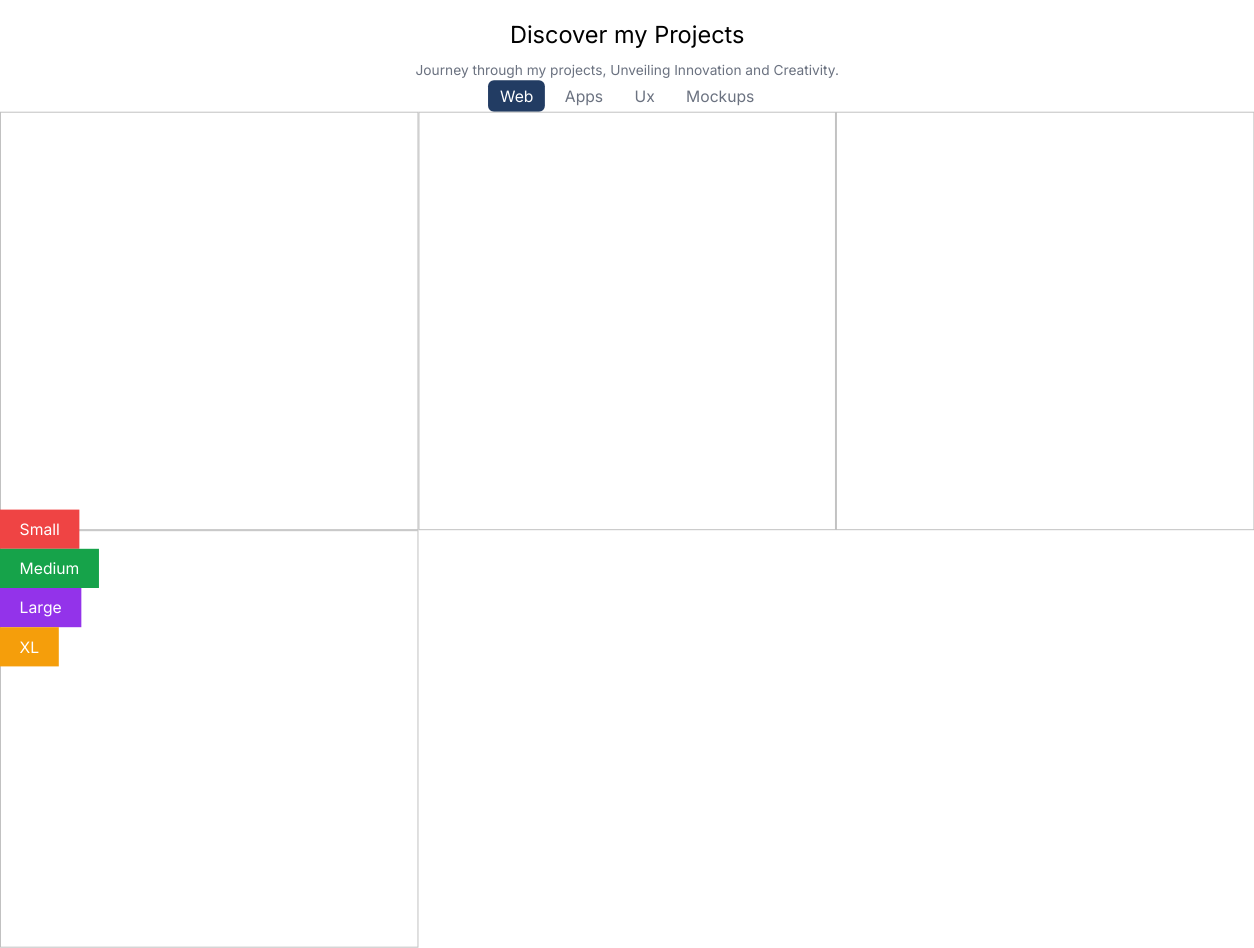
Repository: SpicierEwe/my_portfolio_v2
Page: /
The author's editor kept a copy of each file at every save. The page is drawn from the files as they stood at one save, then again after the next save.
The browser window is 1280 px wide. The pictures show the whole page, at 98% of full size.
The project was rebuilt for these pictures with package versions that can differ from the ones it lists, and the page was loaded fresh each time. The framework's server and built-in components were replaced by stand-ins that run in the browser. Also part of the build but not shown: next.config.js, core/utils/customIcons.js, core/utils/utils.tsx, core/db/sub_db_data/ux_db.js.

Above is the page before, as saved 2024-04-22 10:54:00.

### app/page.tsx
import DevicePreview from "@/Components/Device_preview/device_preview";
import HeroSection from "@/Components/Hero_section/hero_section";
import WorkSection from "@/Components/Work_section/work_section";
import Image from "next/image";

export default function Home() {
  return (
    <main>
      <div className="absolute z-30 overflow-hidden bottom-0">
        <DevicePreview />
      </div>
      {/* <div className="overflow-hidden">
        <HeroSection />
      </div> */}

      <WorkSection />
    </main>
  );
}

### app/globals.css
@layer base {

  @font-face {
    font-family: 'Garamond';
    src: url('../public/fonts/EBGaramond-VariableFont_wght.ttf');

  }

  @font-face {
    font-family: 'Proxima Nova';
    src: url('../public/fonts/MarkSimonsonProximaNovaRegular.otf');
    font-weight: normal;
    font-style: normal;
  }


  @font-face {
    font-family: "Rage";
    src: url("../public/fonts/rage.ttf");
  }
}

@tailwind base;
@tailwind components;
@tailwind utilities;

:root {
  --foreground-rgb: 0, 0, 0;
  --background-start-rgb: 214, 219, 220;
  --background-end-rgb: 255, 255, 255;

}

@media (prefers-color-scheme: dark) {
  :root {
    --foreground-rgb: 255, 255, 255;
    --background-start-rgb: 0, 0, 0;
    --background-end-rgb: 0, 0, 0;
  }
}

body {

  /* background: #F5F5F5; */
}

### Components/Device_preview/device_preview.tsx
"use client";

import { use, useEffect, useState } from "react";

export default function DevicePreview() {
  return (
    <main className="flex flex-col justify-end ">
      {/* xs */}
      <div className=" text-right ">
        <p className="xs:bg-brand-color w-min text-white px-5 py-2">XS</p>
      </div>
      {/* sm */}
      <div className=" text-right ">
        <p className="sm:bg-red-500 w-min text-white px-5 py-2">Small</p>
      </div>
      {/* md */}
      <div className=" text-right ">
        <p className="md:bg-green-600 w-min px-5 py-2 text-white">Medium</p>
      </div>
      {/* lg */}
      <div className=" text-right ">
        <p className="lg:bg-purple-600 w-min px-5 py-2 text-white">Large</p>
      </div>
      {/* xl */}
      <div className=" text-right ">
        <p className="xl:bg-amber-500 w-min px-5 py-2 text-white">XL</p>
      </div>
      {/* 2xl */}
      <div className=" text-right ">
        <p className="2xl:bg-cyan-600 w-min px-5 py-2 text-white">2XL</p>
      </div>
    </main>
  );
}

### Components/Work_section/work_section.tsx
"use client";

import { db } from "../../core/db/db";
import Image from "next/image";
import Link from "next/link";
import { useState } from "react";

export default function WorkSection() {
  const navItems: string[] = Object.keys(db.portfolioItems);
  const [selectedNavItemIndex, setSelectedNavItemIndex] = useState<number>(0);
  return (
    <section className="">
      {/* header */}
      <header className="flex flex-col items-center pt-5">
        <h2 className="text-center text-2xl">Discover my Projects</h2>
        <p className="text-center text-sm mt-2.5 text-gray-500">
          Journey through my projects, Unveiling Innovation and Creativity.
        </p>
      </header>
      {/* nav */}
      <nav>
        <ul className="flex justify-center mt-6 gap-2 flex-wrap">
          {navItems.map((item, index) => {
            const isSelected: Boolean = selectedNavItemIndex == index;
            return (
              <li
                className={`${
                  isSelected ? "bg-brand-color" : ""
                } px-3 py-1 rounded-md cursor-pointer`}
                onClick={() => setSelectedNavItemIndex(index)}
                key={index}
              >
                <Link
                  href="#"
                  className={`${
                    isSelected ? "text-white" : "text-gray-500"
                  } capitalize`}
                >
                  {item}
                </Link>
              </li>
            );
          })}
        </ul>
      </nav>

      <main>
        {/* projects */}
        <div className="grid grid-cols-1 md:grid-cols-2 lg:grid-cols-3 gap-4 mt-6">
          {(db.portfolioItems as any)[navItems[selectedNavItemIndex]].map(
            (item: any, index: number) => {
              const projectName: string = item["ProjectName"];
              const imageLink: string = item["imageLink"];
              return (
                <div key={index}>
                  {
                    <Image
                      href={imageLink}
                      alt={projectName}
                      height={200}
                      width={200}
                      layout="responsive"
                    ></Image>
                  }
                </div>
              );
            }
          )}
        </div>
      </main>
    </section>
  );
}

### core/db/db.js
import { websitesDb } from "./sub_db_data/websites_db";
import { appsDb } from "./sub_db_data/apps_db";
import { uxDb } from "./sub_db_data/ux_db";
import { mockupsDb } from "./sub_db_data/mockups_db";

export const db = {
  portfolioItems: {
    web: websitesDb,
    apps: appsDb,
    ux: uxDb,
    mockups: mockupsDb,
  },
};

### core/db/sub_db_data/websites_db.js
import { embedCustomLinks } from "../../utils/utils";

export const websitesDb = [
  {
    projectName: "The Portfolio",
    projectId: "e2f9658b-f9bb-4d2c-ac8c-113a56d9204f",
    projectTagLine: "A Thoughtfully Curated Portfolio of Elegant Creations",
    link: "https://hammadtayyab.vercel.app/",
    imageLink: "/images/websites/my_portfolio.png",
    info: "This portfolio project showcases a minimalist design, highlighting my work and skills with clarity and finesse. The aim was to provide a seamless user experience and intuitive navigation, creating a comprehensive and sophisticated display of my professional journey.",
    roles: [
      "Data Analyst",
      "Designer",
      "Developer",
      "Maintainer",
      "Product Manager",
      "Tester/Quality Assurance",
      "Researcher",
      "DevOps Engineer",
      "Technical Writer",
      "Project Manager",
    ],
    techStack: [
      "NextJs",
      "React",
      "TypeScript",
      "TailwindCSS",
      "HTML",
      "CSS",
      "JavaScript",
      "Git",
      "Vercel",
    ],
  },
  {
    projectId: "566ec8d6-4d5d-4f22-9580-2c574f7122fb",
    projectName: "Mess Menu",
    projectTagLine: "Simplifying Hostel Dining with a Digital Menu System",
    link: "https://messmenu.vercel.app/",
    imageLink: "/images/websites/mess_menu.png",
    info: "This project streamlines the process of hostel dining by offering a digital menu system for students. Monthly menus are curated through community voting, allowing students to have a say in their dining options. Originating from a friend's final year project, the focus was on user-centric design and functionality, ensuring a seamless experience for all users.",
    roles: [
      "Data Analyst",
      "Designer",
      "Developer",
      "Maintainer",
      "Product Manager",
      "Tester/Quality Assurance",
      "Researcher",
      "DevOps Engineer",
      "Technical Writer",
      "Project Manager",
    ],
    techStack: [
      "NextJs",
      "React",
      "HTML",
      "CSS",
      "JavaScript",
      "Git",
      "Vercel",
      "Firebase",
      "Firebase Auth",
    ],
  },
  {
    projectId: "e3a52953-0a4d-43c3-b874-bd55925f6a7e",
    projectName: "Islamic Dev Repo",
    projectTagLine: "A Repository of Authentic Islamic Data for Developers",
    link: "https://islamic-dev-repo.vercel.app/",
    imageLink: "/images/websites/islamic_dev_repo.png",
    info: "This project offers developers a curated repository of reliable Islamic data that can be seamlessly integrated into various applications. With a focus on authenticity and compatibility across multiple devices, this repository provides a trustworthy source of information for developers working on Islamic-related projects.",
    roles: [
      "Data Analyst",
      "Designer",
      "Developer",
      "Maintainer",
      "Product Manager",
      "Tester/Quality Assurance",
      "Researcher",
      "DevOps Engineer",
      "Technical Writer",
      "Project Manager",
    ],
    techStack: [
      "NextJs",
      "React",
      "HTML",
      "CSS",
      "JavaScript",
      "Git",
      "Vercel",
      "Python",
    ],
  },
  {
    projectId: "87693335-b9d6-434c-8428-5d8266482050",
    projectName: "Arabic Courses",
    projectTagLine:
      "A Platform for Streaming the Best Madina Arabic Course Online",
    link: "https://arabiccourses.vercel.app/",
    imageLink: "/images/websites/arabic_courses.png",
    info: `The goal of this project was to establish an online platform for the popular Madina Arabic course, allowing users to stream videos from the cloud and track their progress. Initially, the videos were only available for download, but this platform offers a more convenient streaming experience. You can learn more about the course at ${embedCustomLinks(
      {
        link: "https://abdurrahman.org/arabic-learning/dvds/",
        title: "AbdurRahman.Org",
      }
    )}. Arabic Courses enhances accessibility and convenience for users, making the learning process smoother and more enjoyable.`,
    roles: [
      "Data Analyst",
      "Designer",
      "Developer",
      "Maintainer",
      "Product Manager",
      "Tester/Quality Assurance",
      "Researcher",
      "DevOps Engineer",
      "Technical Writer",
      "Project Manager",
    ],
    techStack: [
      "NextJs",
      "React",
      "HTML",
      "CSS",
      "JavaScript",
      "Git",
      "Vercel",
      "Firebase",
      "Firebase Auth",
    ],
  },
];

### core/db/sub_db_data/apps_db.js
import { embedCustomLinks } from "../../utils/utils";

export const appsDb = [
  {
    projectId: "38384ae3-5586-40be-b025-c9c3ad1094ef",
    projectName: "al Qur'an",
    projectTagLine: "All about the Qur'an in one app.",

    link: "https://play.google.com/store/apps/details?id=com.spicierewe.al_quran",

    imageLink: "/images/apps/al_quran.png",

    info: `The "al Qur'an" app offers a comprehensive experience of the Qur'an for users around the world. It includes a wide range of translations in various languages, tafseer (exegesis), access to over 49 reciters and translators, and much more. All data is sourced from the reliable platform ${embedCustomLinks(
      { link: "https://quran.com", title: "quran.com" }
    )}.`,

    roles: [
      "Data Analyst",
      "Designer",
      "Developer",
      "Maintainer",
      "Product Manager",
      "Tester/Quality Assurance",
      "Researcher",
      "DevOps Engineer",
      "Technical Writer",
      "Project Manager",
    ],

    techStack: ["Flutter", "Dart", "Git", "Adobe XD"],

    platforms: ["Android"],
  },
  {
    projectId: "1eeb435f-acbd-41e8-b826-440959bb6a57",
    projectName: "Riddle Me",
    projectTagLine: "Riddle Me: Unraveling Minds, One Clue at a Time!",

    link: "https://play.google.com/store/apps/details?id=com.spicierewe.RiddleMe",

    imageLink: "/images/apps/riddle_me.png",

    info: "Riddle Me is an engaging and challenging game designed to test your intelligence and problem-solving skills. This game stimulates creative thinking and encourages you to approach problems from different perspectives.",

    roles: [
      "Data Analyst",
      "Designer",
      "Developer",
      "Maintainer",
      "Product Manager",
      "Tester/Quality Assurance",
      "Researcher",
      "DevOps Engineer",
      "Technical Writer",
      "Project Manager",
    ],

    techStack: ["Flutter", "Dart", "Git", "Adobe XD"],

    platforms: ["Android"],
  },
  {
    projectId: "2ae7005c-16e2-4fe5-b7b0-20f5f826321e",
    projectName: "Food Deals",
    projectTagLine: "Find the best food deals at your fingertips.",

    link: "https://play.google.com/store/apps/details?id=com.spicierewe.food_deals",

    imageLink: "/images/apps/food_deals.png",

    info: "Food Deals is an app that helps users discover the best offers and discounts on their favorite food delivery services. Save money and enjoy your favorite meals by comparing prices across different platforms.",

    roles: [
      "Data Analyst",
      "Designer",
      "Developer",
      "Maintainer",
      "Product Manager",
      "Tester/Quality Assurance",
      "Researcher",
      "DevOps Engineer",
      "Technical Writer",
      "Project Manager",
    ],

    techStack: ["Flutter", "Dart", "Git", "Adobe XD"],

    platforms: ["Android"],
  },
  {
    projectId: "627de94f-59b4-4f85-bcf4-df6fbf22714e",
    projectName: "Hadith Collection",
    projectTagLine: "Access authentic hadiths of the Prophet Muhammad (pbuh).",

    link: "https://play.google.com/store/apps/details?id=com.spicierewe.ahadith_collection",

    imageLink: "/images/apps/ahadith_collection.png",

    info: `The "Hadith Collection" app provides a comprehensive and authentic collection of hadiths of the Prophet Muhammad (pbuh). It includes data from various reputable sources such as ${embedCustomLinks(
      { link: "https://sunnah.com", title: "sunnah.com" }
    )} for Arabic and English, and ${embedCustomLinks({
      link: "https://github.com/pakjiddat/islam-companion-web-api",
      title: "islam-companion-web-api",
    })} for Urdu data.`,

    roles: [
      "Data Analyst",
      "Designer",
      "Developer",
      "Maintainer",
      "Product Manager",
      "Tester/Quality Assurance",
      "Researcher",
      "DevOps Engineer",
      "Technical Writer",
      "Project Manager",
    ],

    techStack: ["Flutter", "Dart", "Git", "Adobe XD"],

    platforms: ["Android"],
  },
  {
    projectId: "7468bdef-5b24-454e-ae99-dd0a558441d7",
    projectName: "Study Practice",
    projectTagLine: "Practice makes perfect.",

    link: "https://play.google.com/store/apps/details?id=com.spicierewe.study_practice",

    imageLink: "/images/apps/study_practice.png",

    info: "Study Practice is a study companion app designed to help students prepare for competitive exams such as NEET and JEE. The app offers past exam questions, mock tests, and real-time progress tracking along with official study material.",

    roles: [
      "Data Analyst",
      "Designer",
      "Developer",
      "Maintainer",
      "Product Manager",
      "Tester/Quality Assurance",
      "Researcher",
      "DevOps Engineer",
      "Technical Writer",
      "Project Manager",
    ],

    techStack: ["Flutter", "Dart", "Git", "Adobe XD"],

    platforms: ["Android"],
  },
];

### core/db/sub_db_data/mockups_db.js
export const mockupsDb = [
  {
    phone_mockup_links: [],
    other_mockup_links: [
      "/images/mockups/eat_healthy_mockup.svg",
      "/images/mockups/bot_mockup_theme_light.svg",
      "/images/mockups/bot_mockup_theme_dark.svg",
      "/images/mockups/the_perfume_lab_price_list.png",
      "/images/mockups/noraty_business_hero_section.svg",
      "/images/mockups/gr_showcase.png",
      "/images/mockups/just_moved_showcase.png",
      "/images/mockups/archer_product_design.png",
      "/images/mockups/the_connection_poster.png",
      "/images/mockups/social_flow_flyer.png",
      "/images/mockups/LVD_roll_up_banner.png",
      "/images/mockups/ATS_flyer.png",
    ],
  },
];

### tailwind.config.js
const { reverse } = require("dns");
const defaultTheme = require("tailwindcss/defaultTheme");

/** @type {import('tailwindcss').Config} */
module.exports = {
  content: [
    "./pages/**/*.{js,ts,jsx,tsx,mdx}",
    "./components/**/*.{js,ts,jsx,tsx,mdx}",
    "./app/**/*.{js,ts,jsx,tsx,mdx}",
    "./core/**/*.{js,ts,jsx,tsx,mdx}",
  ],
  theme: {
    extend: {
      screens: { xs: { max: "640px" } },

      maxWidth: {
        "120rem": "120rem",
      },

      backgroundImage: {
        "gradient-radial": "radial-gradient(var(--tw-gradient-stops))",
        "gradient-conic":
          "conic-gradient(from 180deg at 50% 50%, var(--tw-gradient-stops))",
      },

      colors: {
        "brand-color": "#223c63",
        "primary-color": "#ffffff",
        "secondary-color": "#00A699",
        "accent-color": "#779ace",
      },

      keyframes: {
        wiggle: {
          "0%, 100%": { transform: "rotate(-3deg)" },
          "50%": { transform: "rotate(3deg)" },
        },

        levitate: {
          "0%": { transform: "translateY(50px)" },
          "50%": { transform: "translateY(-30px)  scale(1.1)" },
          "100%": { transform: "translateY(50px)" },
        },
        levitate_reverse: {
          "0%": { transform: "translateY(-90px)" },
          "50%": { transform: "translateY(30px)  scale(1.1)" },
          "100%": { transform: "translateY(-90px)" },
        },
      },

      animation: {
        "spin-slow": "spin 3s linear infinite",
        wiggle: "wiggle 1s ease-in-out infinite",
        levitate: "levitate 5s ease-in-out infinite",
        levitate_reverse: "levitate_reverse 5s ease-in-out infinite reverse",
      },

      fontFamily: {
        garmond: ["Garmond", ...defaultTheme.fontFamily.serif],
        custom_sans: ["Proxima Nova", ...defaultTheme.fontFamily.sans],
      },

      height: {
        dvh: "100dvh",
      },
    },
  },

  variants: {
    backgroundColor: ["responsive", "hover", "focus", "active"],
  },

  plugins: [],
};

Loaded but not shown: app/layout.tsx (common file)

After the next save:
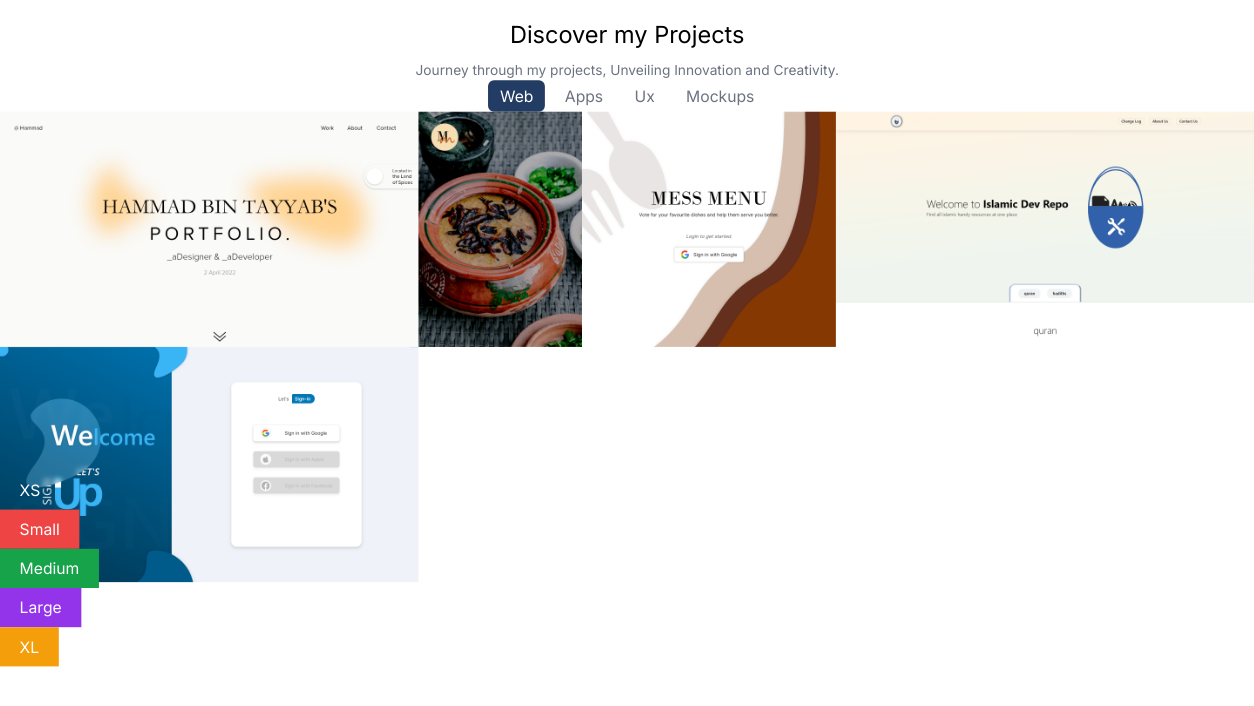
Saved 13 s later.
--- a/Components/Work_section/work_section.tsx
+++ b/Components/Work_section/work_section.tsx
@@ -55,7 +55,7 @@ export default function WorkSection() {
                 <div key={index}>
                   {
                     <Image
-                      href={imageLink}
+                      src={imageLink}
                       alt={projectName}
                       height={200}
                       width={200}
